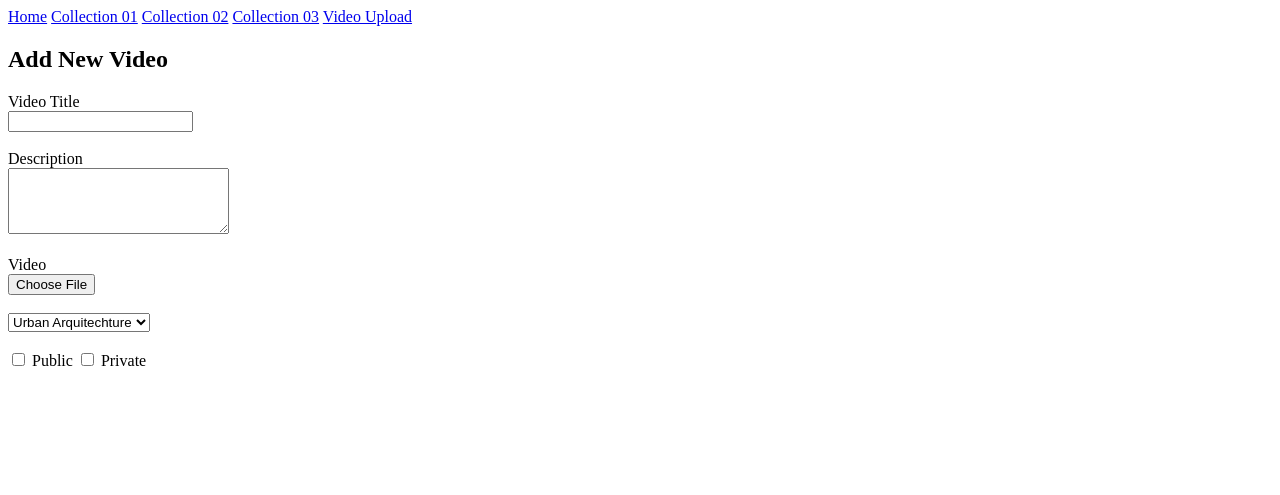
Repository: JoaoLemesDEV/Project-MyTube
Page: video_upload_page.html
The author's editor kept a copy of each file at every save. The page is drawn from the files as they stood at one save, then again after the next save.
The browser window is 1280 px wide. The pictures show the whole page.

Above is the page before, as saved 2021-10-10 21:30:18.

### video_upload_page.html
<!DOCTYPE html>
<html lang="en">
<head>
  <meta charset="UTF-8">
  <meta http-equiv="X-UA-Compatible" content="IE=edge">
  <meta name="viewport" content="width=device-width, initial-scale=1.0">
  <title>My Ytube Website</title>
</head>
<body>
  <nav>
    <a href="/">Home</a>
    <a href="/collection1.html">Collection 01</a>
    <a href="/collection2.html">Collection 02</a>
    <a href="/collection3.html">Collection 03</a>
    <a href="/video_upload_page.html">Video Upload</a>
  </nav>
<h2>Add New Video</h2>

<label for="title">Video Title</label><br>
<input type="text" name="" id=""><br><br>
<label for="description">Description</label><br>
<textarea name="description" id="descripition" cols="25" rows="4"></textarea><br><br>
<label for="video">Video</label><br>
<input type="button" value="Choose File"><br><br>
<select name="collection" id="">
  <option value="collection">Urban Arquitechture</option>
  <option value="collection">Coding Interviews</option>
  <option value="collection">Japan Aesthetic</option>
</select><br><br>
<input type="checkbox" name="checkbox" id="">
<label for="">Public</label>
<input type="checkbox" name="" id="">
<label for="">Private</label>

</body>
<footer></footer>
</html>

After the next save:
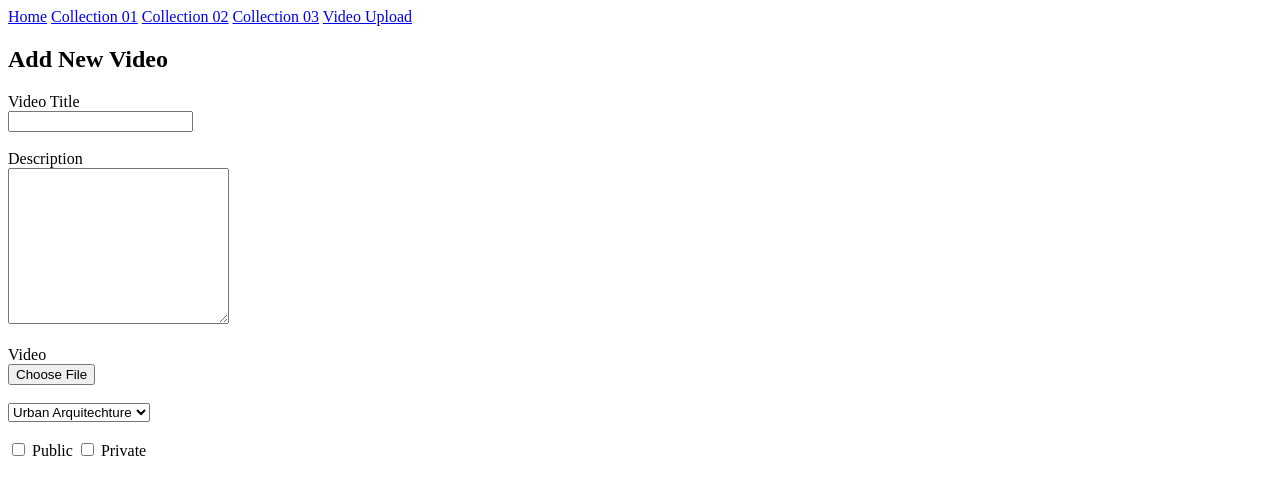
Saved 14 s later.
--- a/video_upload_page.html
+++ b/video_upload_page.html
@@ -19,7 +19,7 @@
 <label for="title">Video Title</label><br>
 <input type="text" name="" id=""><br><br>
 <label for="description">Description</label><br>
-<textarea name="description" id="descripition" cols="25" rows="4"></textarea><br><br>
+<textarea name="description" id="descripition" cols="25" rows="10"></textarea><br><br>
 <label for="video">Video</label><br>
 <input type="button" value="Choose File"><br><br>
 <select name="collection" id="">
